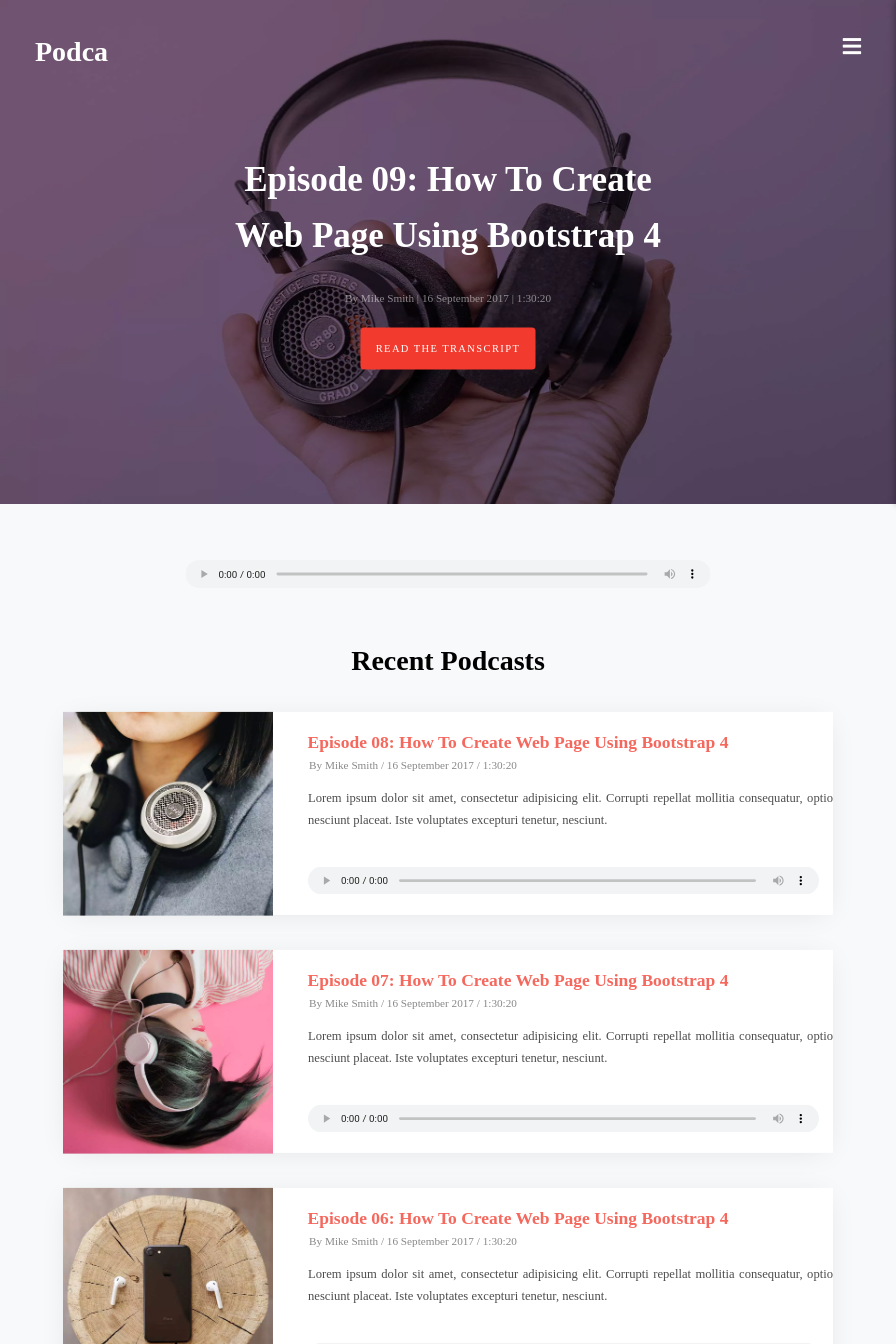
Repository: nhutduy0803/template2
Page: index.html
The author's editor kept a copy of each file at every save. The page is drawn from the files as they stood at one save, then again after the next save.
The browser window is 1280 px wide. The pictures show the part of the page from y = 0 to 1920 px (the page is 3997 px tall), at 70% of full size.

Above is the page before, as saved 2021-12-09 14:38:23.

### index.html
<!DOCTYPE html>
<html lang="en">
  <head>
    <meta charset="UTF-8" />
    <meta http-equiv="X-UA-Compatible" content="IE=edge" />
    <meta name="viewport" content="width=device-width, initial-scale=1.0" />
    <link rel="stylesheet" href="./assets/css/style.css" />
    <link
      rel="stylesheet"
      href="./assets/css/font/fontawesome-free-5.15.4-web/css/all.min.css"
    />
    <title>Document</title>
  </head>
  <body>
    <script src="./main.js"></script>
    <div class="slider">
      <h2>Podca</h2>
      <img
        src="./assets/css/img/xhero_bg_1.jpg.pagespeed.ic.EJCcE-mhd6.webp"
        alt=""
      />
      <h3>Episode 09: How To Create Web Page Using Bootstrap 4</h3>
      <span>By Mike Smith | 16 September 2017 | 1:30:20</span>
      <div class="subslider">READ THE TRANSCRIPT</div>
      <div class="menu" onclick="openmenu()">
        <i class="fas fa-bars"></i>
      </div>
      <div class="sub-menu">
        <i class="fas fa-times" onclick="closemenu()"></i>
        <div class="home-menu">
          <p>Home</p>
          <i onclick="subhome()" class="fas fa-caret-down"></i>

          <div class="sub-home">
            <li>Menu One</li>
            <li>Menu Two</li>
            <li>Menu Three</li>
            <li>Sub Menu</li>
          </div>
          <div class="drop-down">
            <p>DropDown</p>
            <i onclick="subdropdown() " class="fas fa-caret-down"></i>
            <div class="sub-dropdown">
              <li>Menu One</li>
              <li>Menu two</li>
              <li>Menu three</li>
            </div>
          </div>

          <p>About</p>
          <p>Contact</p>
        </div>
      </div>
    </div>
    <div class="audio">
      <audio class="audio-one" controls>
        <source src="" type="audio/ogg" />
        <source src="" type="audio/mpeg" />
      </audio>
    </div>
    <div class="RecentPodcasts">
      <h2>Recent Podcasts</h2>
      <div class="container">
        <div class="img-pod">
          <img src="./assets/css/img/pod1.webp" alt="" />
        </div>
        <div class="content-pod">
          <h3>Episode 08: How To Create Web Page Using Bootstrap 4</h3>
          <span>By Mike Smith / 16 September 2017 / 1:30:20</span>
          <p>
            Lorem ipsum dolor sit amet, consectetur adipisicing elit. Corrupti
            repellat mollitia consequatur, optio nesciunt placeat. Iste
            voluptates excepturi tenetur, nesciunt.
          </p>
          <audio class="audiopod" controls>
            <source src="" type="audio/mpeg" />
          </audio>
        </div>
      </div>
      <div class="container">
        <div class="img-pod">
          <img src="./assets/css/img/pod2.webp" alt="" />
        </div>
        <div class="content-pod">
          <h3>Episode 07: How To Create Web Page Using Bootstrap 4</h3>
          <span>By Mike Smith / 16 September 2017 / 1:30:20</span>
          <p>
            Lorem ipsum dolor sit amet, consectetur adipisicing elit. Corrupti
            repellat mollitia consequatur, optio nesciunt placeat. Iste
            voluptates excepturi tenetur, nesciunt.
          </p>
          <audio class="audiopod" controls>
            <source src="" type="audio/mpeg" />
          </audio>
        </div>
      </div>
      <div class="container">
        <div class="img-pod">
          <img src="./assets/css/img/pod3.webp" alt="" />
        </div>
        <div class="content-pod">
          <h3>Episode 06: How To Create Web Page Using Bootstrap 4</h3>
          <span>By Mike Smith / 16 September 2017 / 1:30:20</span>
          <p>
            Lorem ipsum dolor sit amet, consectetur adipisicing elit. Corrupti
            repellat mollitia consequatur, optio nesciunt placeat. Iste
            voluptates excepturi tenetur, nesciunt.
          </p>
          <audio class="audiopod" controls>
            <source src="" type="audio/mpeg" />
          </audio>
        </div>
      </div>
      <div class="container">
        <div class="img-pod">
          <img src="./assets/css/img/pod4.webp" alt="" />
        </div>
        <div class="content-pod">
          <h3>Episode 05: How To Create Web Page Using Bootstrap 4</h3>
          <span>By Mike Smith / 16 September 2017 / 1:30:20</span>
          <p>
            Lorem ipsum dolor sit amet, consectetur adipisicing elit. Corrupti
            repellat mollitia consequatur, optio nesciunt placeat. Iste
            voluptates excepturi tenetur, nesciunt.
          </p>
          <audio class="audiopod" controls>
            <source src="" type="audio/mpeg" />
          </audio>
        </div>
      </div>
      <div class="container">
        <div class="img-pod">
          <img src="./assets/css/img/pod5.webp" alt="" />
        </div>
        <div class="content-pod">
          <h3>Episode 04: How To Create Web Page Using Bootstrap 4</h3>
          <span>By Mike Smith / 16 September 2017 / 1:30:20</span>
          <p>
            Lorem ipsum dolor sit amet, consectetur adipisicing elit. Corrupti
            repellat mollitia consequatur, optio nesciunt placeat. Iste
            voluptates excepturi tenetur, nesciunt.
          </p>
          <audio class="audiopod" controls>
            <source src="" type="audio/mpeg" />
          </audio>
        </div>
      </div>
    </div>
    <div class="list-pod">
      <li><i class="fas fa-chevron-left"></i></li>
      <li>1</li>
      <li>2</li>
      <li>3</li>
      <li>4</li>
      <li>5</li>
      <li><i class="fas fa-chevron-right"></i></li>
    </div>
    <div class="BehindTheMic">
      <h2>Behind The Mic</h2>
      <div class="container-behind">
        <div class="picture-behind">
          <img src="./assets/css/img/behind1.webp" alt="" />
        </div>
        <div class="content-behind">
          <h2>hihi</h2>
        </div>

        <div class="picture-behind">
          <img src="./assets/css/img/behind1.webp" alt="" />
        </div>
        <div class="picture-behind">
          <img src="./assets/css/img/behind1.webp" alt="" />
        </div>
        <div class="picture-behind">
          <img src="./assets/css/img/behind1.webp" alt="" />
        </div>
        <div class="picture-behind">
          <img src="./assets/css/img/behind1.webp" alt="" />
        </div>
        <div class="picture-behind">
          <img src="./assets/css/img/behind1.webp" alt="" />
        </div>
      </div>
      <!-- <div class="container-behind">
        <div class="picture-behind">
          <img src="./assets/css/img/behind1.webp" alt="" />
        </div>
      </div>
      <div class="container-behind">
        <div class="picture-behind">
          <img src="./assets/css/img/behind1.webp" alt="" />
        </div>
      </div>
      <div class="container-behind">
        <div class="picture-behind">
          <img src="./assets/css/img/behind1.webp" alt="" />
        </div>
      </div>
      <div class="container-behind">
        <div class="picture-behind">
          <img src="./assets/css/img/behind1.webp" alt="" />
        </div>
      </div>
      <div class="container-behind">
        <div class="picture-behind">
          <img src="./assets/css/img/behind1.webp" alt="" />
        </div>
      </div> -->
    </div>
  </body>
</html>

### assets/css/style.css
* {
  margin: 0;
  padding: 0;
  box-sizing: border-box;
}

.slider {
  width: 100%;
  height: 100vh;
  position: relative;
}

.slider::before {
  content: " ";
  position: absolute;
  top: 0;
  left: 0;
  right: 0;
  bottom: 0;
  background-color: rgba(0, 0, 0, 0.4);
}

.slider img {
  width: 100%;
  height: 100%;
}

.slider h2 {
  position: absolute;
  top: 50px;
  left: 50px;
  color: #fff;
  font-size: 40px;
}
.menu {
  position: absolute;
  right: 50px;
  top: 50px;
  font-size: 30px;
  color: #fff;
}

.slider h3 {
  text-align: center;
  position: absolute;
  transform: translate(-50%);
  top: 30%;
  left: 50%;
  color: #fff;
  font-size: 40px;
  line-height: 1.6;
  font-size: 50px;
}

.slider span {
  position: absolute;
  top: 58%;
  left: 50%;
  transform: translate(-50%);
  color: #ffffff80;
}

.subslider {
  width: 250px;
  background-color: #f23a2e;
  display: flex;
  justify-content: center;
  align-items: center;
  color: #fff;
  font-size: 15px;
  letter-spacing: 2px;
  height: 60px;
  position: absolute;
  top: 65%;
  left: 50%;
  transform: translate(-50%);
  transition: 0.3s;
  border-radius: 5px;
}

.subslider:hover {
  position: absolute;
  top: 64%;
  box-shadow: 0 5px 20px -7px rgba(0, 0, 0, 0.9);
  transition: 0.3s;
}

.sub-menu {
  width: 300px;
  background-color: #fff;
  position: absolute;
  right: -300px;
  top: 0;
  height: 100vh;
  position: fixed;
  transition: 0.3s;
  box-shadow: 0 0 10px rgba(0, 0, 0, 0.4);
}

.sub-menu.openmenu {
  transition: 0.3s;
  right: 0;
}

.sub-menu .fas {
  position: absolute;
  font-size: 25px;
  right: 15px;
  top: 15px;
  transition: 0.2s;
}

.sub-menu .fas:hover {
  transition: 0.2s;
  color: rgb(104, 103, 103);
}

.home-menu {
  margin-top: 100px;
  font-size: 20px;
  margin-left: 15%;
}

.home-menu p {
  margin-bottom: 30px;
  color: #212529;
  transition: 0.3s;
}

.home-menu p:nth-child(2) {
  width: 100%;
  background-color: #fff;
  height: 200px;
}

.home-menu p:hover {
  transition: 0.3s;
  color: #f00;
}

.fa-caret-down {
  margin-top: 85px;
  margin-right: 20px;
}

.drop-down {
  position: relative;
}

.drop-down .fa-caret-down {
  position: absolute;
  top: -85px;
}
.sub-home {
  margin-top: -20px;
  width: 200px;
  height: 0px;
  background-color: #fff;
  visibility: hidden;
  transition: 0.5s;
  opacity: 0;
  margin-bottom: 20px;
}

.sub-home.opensubhome {
  height: 170px;
  visibility: inherit;
  transition: 0.5s;
  opacity: 1;
}

.sub-home li {
  padding: 10px 0px;
  font-weight: 300;
  margin-left: 30px;
  font-size: 17px;
  list-style-type: none;
  /* transition: 0.3s; */
}

.sub-home li:hover {
  transition: 0.3s;
  color: #f00;
}

.sub-dropdown {
  margin-top: -20px;
  background-color: #fff;
  height: 0px;
  width: 200px;
  visibility: hidden;
  transition: 0.3s;
  opacity: 0;
  margin-bottom: 20px;
}

.sub-dropdown li {
  padding-top: 22.5px;
  margin-left: 30px;
  font-weight: 300;
  font-size: 17px;
  list-style-type: none;
  transition: 0.3s;
}

.sub-dropdown li:hover {
  transition: 0.3s;
  color: #f00;
}

.sub-dropdown.opensubdropdown {
  opacity: 1;
  visibility: inherit;
  transition: 0.3s;
  height: 150px;
}

.audio {
  display: flex;
  justify-content: center;
  align-items: center;
  width: 100%;
  background-color: #f8f9fa;
  height: 200px;
}

.audio-one {
  width: 750px;
  height: 40px;
}

.RecentPodcasts {
  background: #f8f9fa;
  height: auto;
  width: 100%;
  text-align: center;
}

.RecentPodcasts h2 {
  font-size: 40px;
  margin-bottom: 50px;
}

.container {
  width: 1100px;
  height: 290px;
  position: relative;
  margin: auto;
  box-shadow: 0 5px 40px -10px rgb(0 0 0 / 10%);
  margin-top: 50px;
}

.img-pod {
  position: absolute;
  top: 0;
  left: 0;
  height: 290px;
  width: 300px;
}

.img-pod img {
  width: 100%;
  height: 100%j;
}

.content-pod {
  padding-top: 30px;
  background: #fff;
  height: 100%;
}

.content-pod h3 {
  font-size: 25px;
  margin-left: 200px;
  color: #f23b2ec4;
  margin-bottom: 10px;
}

.content-pod span {
  margin-left: -100px;
  color: #888;
}

.content-pod p {
  line-height: 1.8;
  margin-top: 20px;
  text-align: justify;
  margin-left: 350px;
  font-size: 18px;
  color: #4d4d4d;
  font-weight: 300;
}

.audiopod {
  margin-top: 50px;
  width: 730px;
  height: 40px;
  margin-left: 330px;
}

.list-pod {
  background: #f8f9fa;
  height: 200px;
  width: 100%;
  text-align: center;
}

.list-pod li {
  padding-top: 7.5px;
  margin-top: 50px;
  list-style-type: none;
  border-radius: 50%;
  height: 40px;
  width: 40px;
  border: 1px solid #ccc;
  display: inline-block;
  color: #f23a2e;
  font-size: 20px;
}

.list-pod li:nth-child(2) {
  font-size: 20px;
  color: #fff;
  background: #f23a2e;
}

.BehindTheMic {
  width: 100%;
  height: 150vh;
  background: #fff;
  text-align: center;
}

.BehindTheMic h2 {
  margin-top: 50px;
  font-size: 40px;
  margin-bottom: 50px;
}

.container-behind {
  margin: auto;
  width: 1100px;
}

.picture-behind {
  margin-left: 10px;
  float: left;
  width: 350px;
  height: 350px;
  overflow: hidden;
  margin-top: 10px;
  position: relative;
}

.picture-behind img {
  width: 100%;
  height: 100%;
  transition: 0.3s;
  position: relative;
  z-index: 0;
}

/* .picture-behind::before {
  position: absolute;
  z-index: 2;
  opacity: 0.6;
  content: " ";
  background-color: #f23a2e;
  height: 350px;
  width: 350px;
} */

.content-behind {
  width: 350px;
  height: 350px;
  position: absolute;
  background-color: #f23a2e;
}

### main.js
function openmenu() {
  var openmenu = document.querySelector(".sub-menu");
  openmenu.classList.add("openmenu");
}

function closemenu() {
  var openmenu = document.querySelector(".sub-menu");
  openmenu.classList.remove("openmenu");
}

function subhome() {
  var opensubhome = document.querySelector(".sub-home");
  opensubhome.classList.toggle("opensubhome");
}

function subdropdown() {
  var subdropdown = document.querySelector(".sub-dropdown");
  subdropdown.classList.toggle("opensubdropdown");
}

Loaded but not shown: assets/css/font/fontawesome-free-5.15.4-web/css/all.min.css (library)

After the next save:
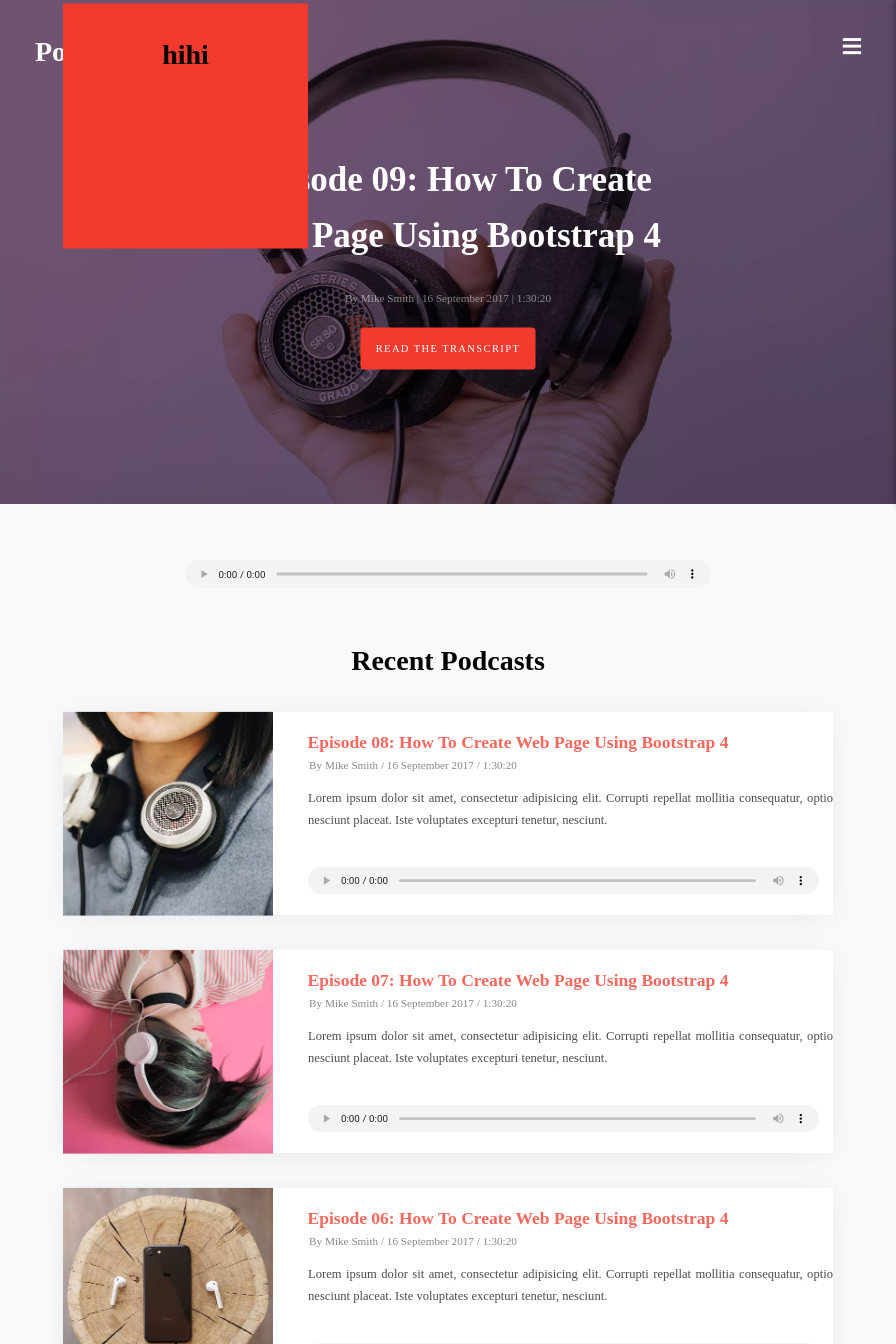
Saved 12 s later.
--- a/assets/css/style.css
+++ b/assets/css/style.css
@@ -371,6 +371,7 @@
 } */
 
 .content-behind {
+  top: 5px;
   width: 350px;
   height: 350px;
   position: absolute;

After the save that followed:
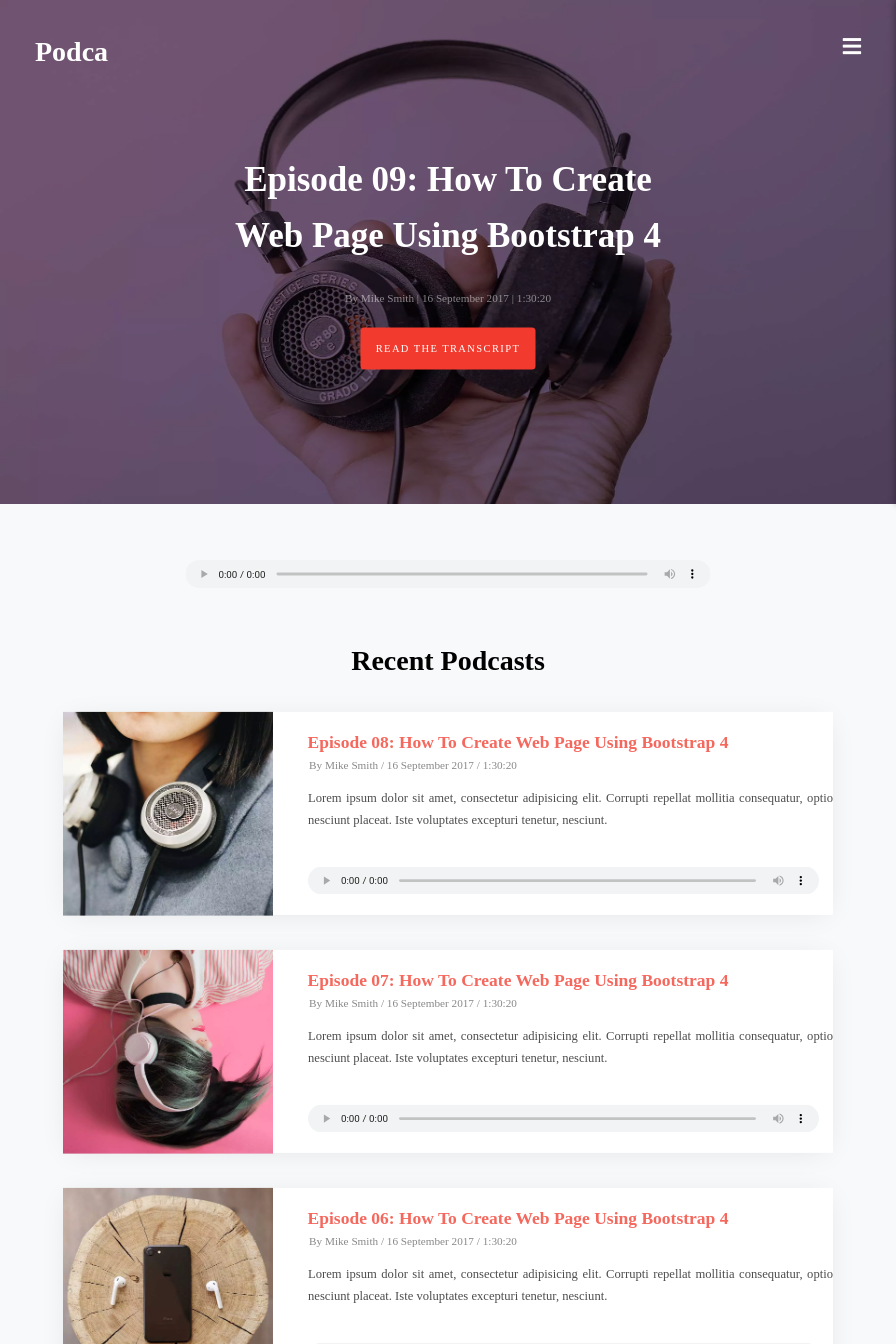
Saved 4 s later.
--- a/assets/css/style.css
+++ b/assets/css/style.css
@@ -371,7 +371,6 @@
 } */
 
 .content-behind {
-  top: 5px;
   width: 350px;
   height: 350px;
   position: absolute;
